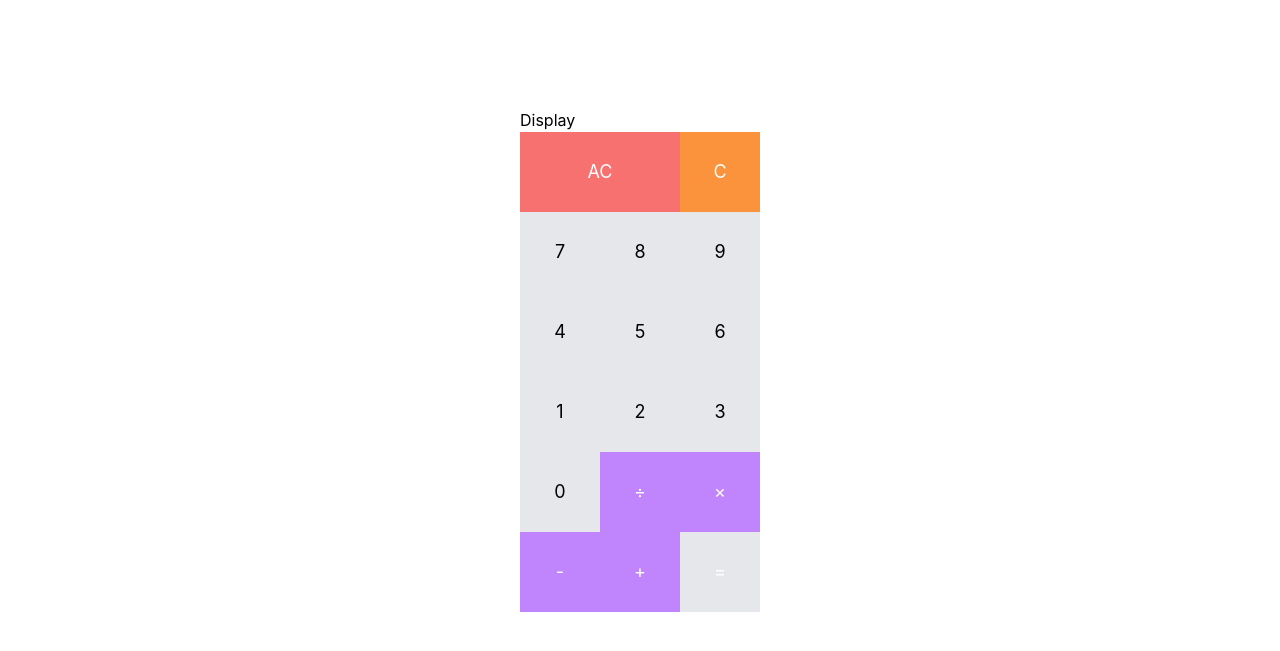
Repository: BrianPhamDev/calculator_app
Page: /
These files come from the project's save history. The page is drawn as it stood at one moment and after the next save; the edit follows.
The browser window is 1280 px wide. The pictures show the whole page.
The project was rebuilt for these pictures with package versions that can differ from the ones it lists, and the page was loaded fresh each time. Also part of the build but not shown: vite.config.js.

Above is the page before, as saved 2024-01-09 14:30:50.

After the next save:
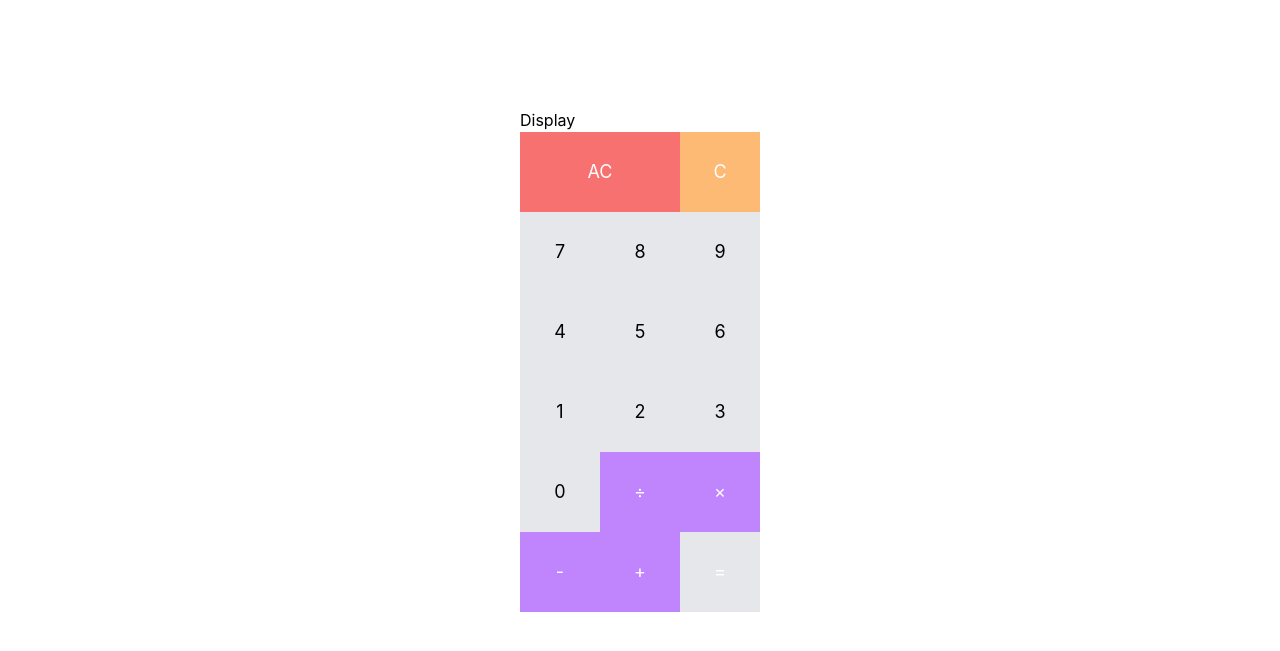
Saved 5 s later.
--- a/src/components/Calculator.jsx
+++ b/src/components/Calculator.jsx
@@ -7,7 +7,7 @@
   };
   const specialClasses = {
     ac: "col-span-2 w-40 bg-red-400 text-white",
-    c: "bg-orange-400 text-white",
+    c: "bg-orange-300 text-white",
   };
   return (
     <div className="">

After the save that followed:
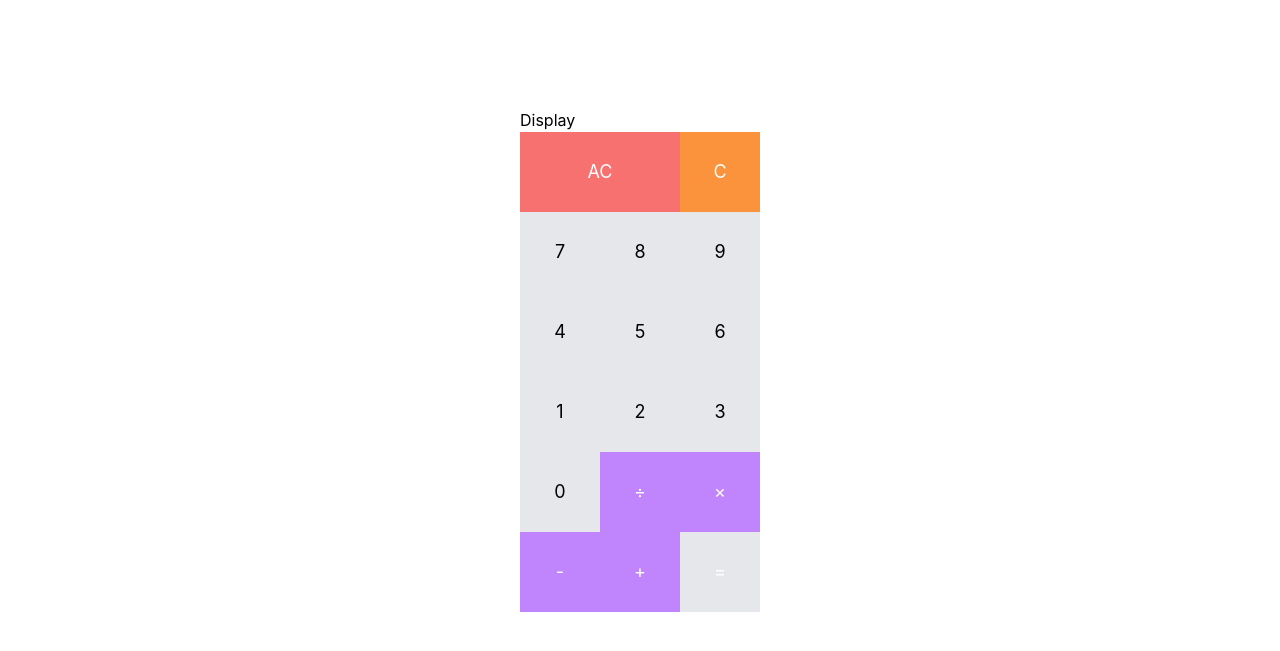
Saved 4 s later.
--- a/src/components/Calculator.jsx
+++ b/src/components/Calculator.jsx
@@ -7,7 +7,7 @@
   };
   const specialClasses = {
     ac: "col-span-2 w-40 bg-red-400 text-white",
-    c: "bg-orange-300 text-white",
+    c: "bg-orange-400 text-white",
   };
   return (
     <div className="">
